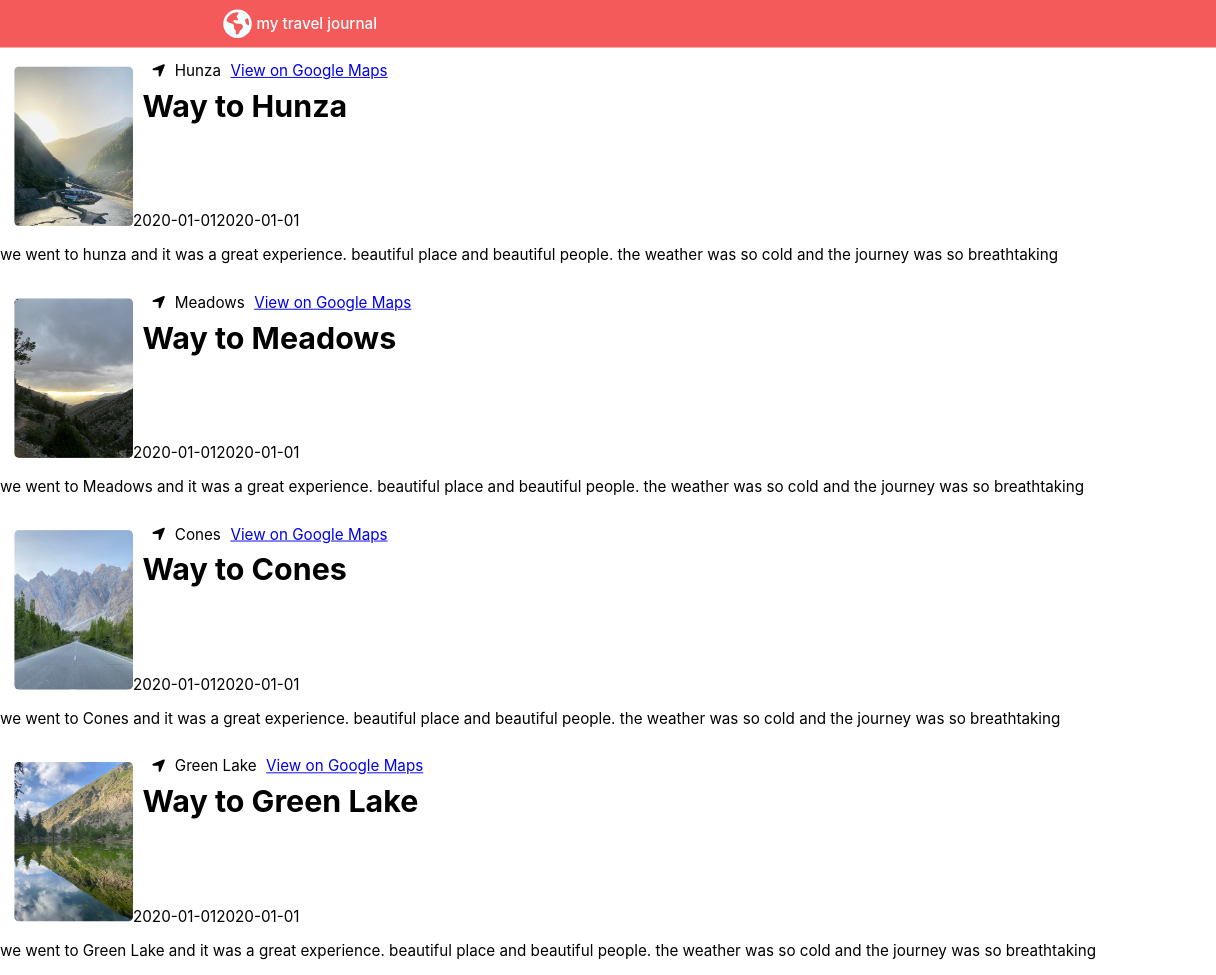
Repository: mortiestmorty1/travel-journal
Page: /
These files come from the project's save history. The page is drawn as it stood at one moment and after the next save; the edit follows.
The browser window is 1280 px wide. The pictures show the whole page, at 95% of full size.
The project was rebuilt for these pictures with package versions that can differ from the ones it lists, and the page was loaded fresh each time.

Above is the page before, as saved 2024-01-17 15:21:54.

### src/index.css
body {
  margin: 0;
  font-family: -apple-system, BlinkMacSystemFont, 'Segoe UI', 'Roboto', 'Oxygen',
    'Ubuntu', 'Cantarell', 'Fira Sans', 'Droid Sans', 'Helvetica Neue',
    sans-serif;
  -webkit-font-smoothing: antialiased;
  -moz-osx-font-smoothing: grayscale;
}

code {
  font-family: source-code-pro, Menlo, Monaco, Consolas, 'Courier New',
    monospace;
}
* {
  box-sizing: border-box;
  }

### src/App.js
import logo from './logo.svg';
import './App.css';
import Navbar from "./components/navbar";
import Data from "./components/data.js";
import Content from "./components/content.js";

function App() {
  const  Memories = Data.map((item) => {
    return<Content
          key={item.id}
          item={item}
    />
  })
  return (
    <div className="App">
      <Navbar />
      {Memories}
    </div>
  );
}

export default App;

### src/App.css
.Nav-container{
    display: flex;
    justify-content: space-between;
    align-items: center;
    background-color: #F55A5A;
    height: 50px;
}
.navbar{
    display: flex;
    justify-content: space-between;
    align-items: center;
    background-color: #F55A5A;
    margin-left: 230px;
}
.title{
  color: azure;
  font-weight: 500;
  margin-left: 5px;
}
.earth{
  width: 30px;
  height: 30px;
  margin-left: 5px;
  color: azure;
}

.image{
  width: 125px;
  height: 168px;
  margin-left: 15px;
  color: azure;
  border-radius: 5px;
  margin-top: 20px;
}
.content-container{
  position: relative;
}
.section1{
  position: absolute;
  left: 150px;
  bottom: 85%;
}
.section1 :nth-child(1)
{
  margin-left: 10px;
}
.section1 :nth-child(2)
{
  margin-left: 10px;
}
.section1 :nth-child(3)
{
  margin-left: 10px;
}

.Title{
  position: absolute;
  left: 150px;
  bottom: 55%;
}

### src/components/navbar.js
import React from "react";
import { FontAwesomeIcon } from "@fortawesome/react-fontawesome";
import { faEarth } from "@fortawesome/free-solid-svg-icons";
import "../App.css";

function Navbar(){
    return(
        <div className="Nav-container">
            <nav className="navbar">
                <FontAwesomeIcon icon={faEarth} className="earth"></FontAwesomeIcon>
                <span className="title">
                        my travel journal
                </span>
            </nav>
        </div>
    )
}
export default Navbar;

### src/components/data.js
import Hunza from "./way-to-hunza.jpeg";
import Meadows from "./way-to-meadows.jpeg";
import Cones from "./cones.jpeg";
import Glake from "./green-lake.jpeg";

export default [
    {
        id:1,
        img: Hunza,
        location: "Hunza",
        googlelink: "https://www.google.com/maps/place/Hunza+Valley,+Gilgit-Baltistan,+Pakistan/",
        Title: "Way to Hunza",
        datestart:"2020-01-01",
        dateend: "2020-01-01",
        description:"we went to hunza and it was a great experience. beautiful place and beautiful people. the weather was so cold and the journey was so breathtaking"
    }
    ,
    {
        id:2,
        img: Meadows,
        location: "Meadows",
        googlelink: "https://www.google.com/maps/place/Meadows,+Gilgit-Baltistan,+Pakistan/",
        Title: "Way to Meadows",
        datestart:"2020-01-01",
        dateend: "2020-01-01",
        description:"we went to Meadows and it was a great experience. beautiful place and beautiful people. the weather was so cold and the journey was so breathtaking"
    }
    ,
    {
        id:3,
        img: Cones,
        location: "Cones",
        googlelink: "https://www.google.com/maps/place/Cones,+Gilgit-Baltistan,+Pakistan/",
        Title: "Way to Cones",
        datestart:"2020-01-01",
        dateend: "2020-01-01",
        description:"we went to Cones and it was a great experience. beautiful place and beautiful people. the weather was so cold and the journey was so breathtaking"
    }
    ,
    {
        id:4,
        img: Glake,
        location: "Green Lake",
        googlelink: "https://www.google.com/maps/place/Green+Lake,+Gilgit-Baltistan,+Pakistan/",
        Title: "Way to Green Lake",
        datestart:"2020-01-01",
        dateend: "2020-01-01",
        description:"we went to Green Lake and it was a great experience. beautiful place and beautiful people. the weather was so cold and the journey was so breathtaking"
    }
]

### src/components/content.js
import React from "react";
import { FontAwesomeIcon } from "@fortawesome/react-fontawesome";
import { faLocationArrow } from "@fortawesome/free-solid-svg-icons";
import "../App.css";
function Content(props){

    return(
        <div className="content-container">
            <img className="image" src={props.item.img}>
            </img>
            <div className="section1">
                <FontAwesomeIcon icon={faLocationArrow} className="Location"></FontAwesomeIcon>
                <span className="location">
                    {props.item.location}
                </span>
                <a href={props.item.googlelink}>View on Google Maps</a>
            </div>
            <h1 className="Title">{props.item.Title}</h1>
            <span className="date-start">{props.item.datestart}</span>
            <span className="date-end">{props.item.dateend}</span>
            <p className="description">{props.item.description}</p>
        </div>
    )
}

export default Content;

Loaded but not shown: public/index.html (common file); src/index.js (common file); src/reportWebVitals.js (common file)

After the next save:
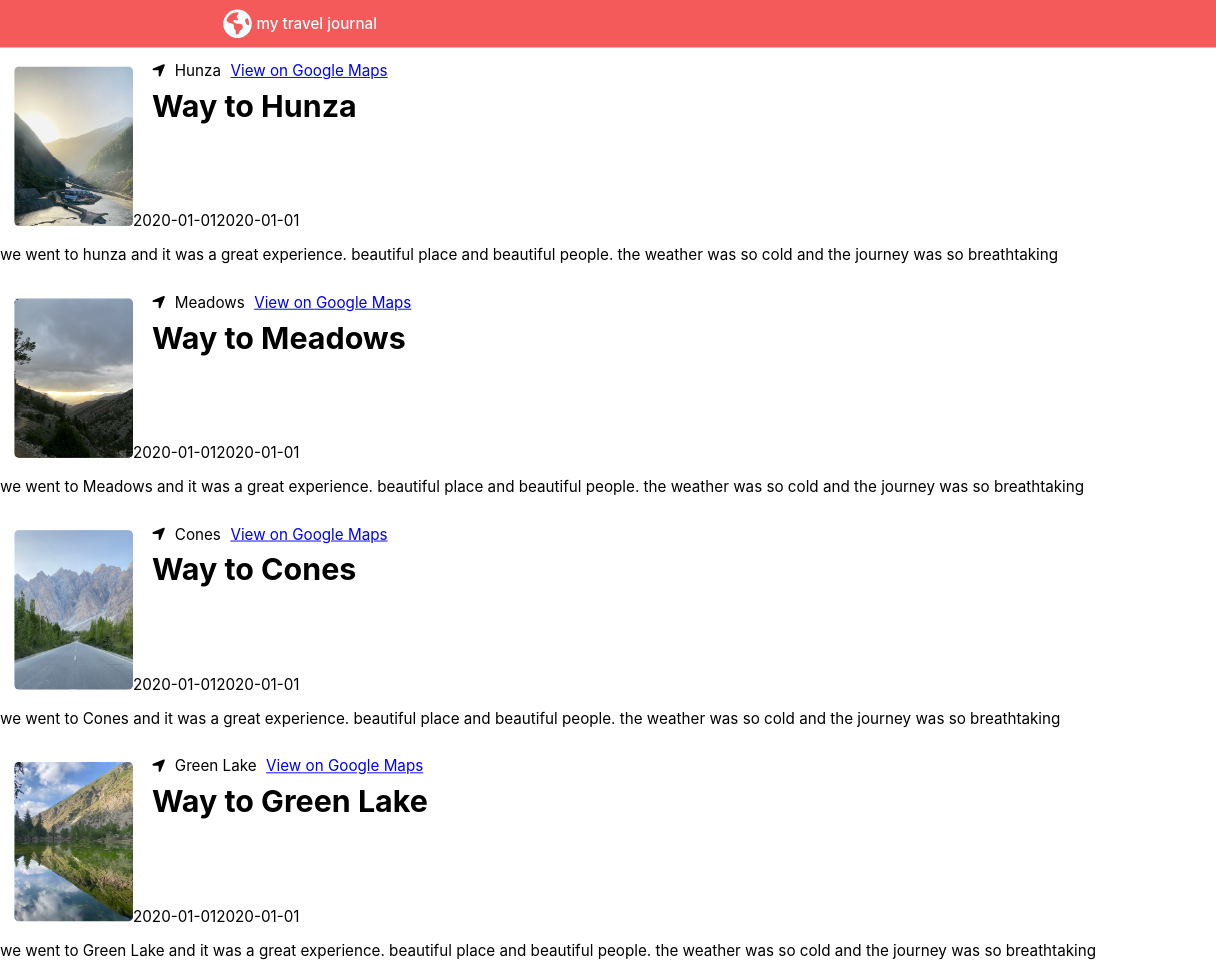
Saved 7 s later.
--- a/src/App.css
+++ b/src/App.css
@@ -55,6 +55,6 @@
 
 .Title{
   position: absolute;
-  left: 150px;
+  left: 160px;
   bottom: 55%;
 }
